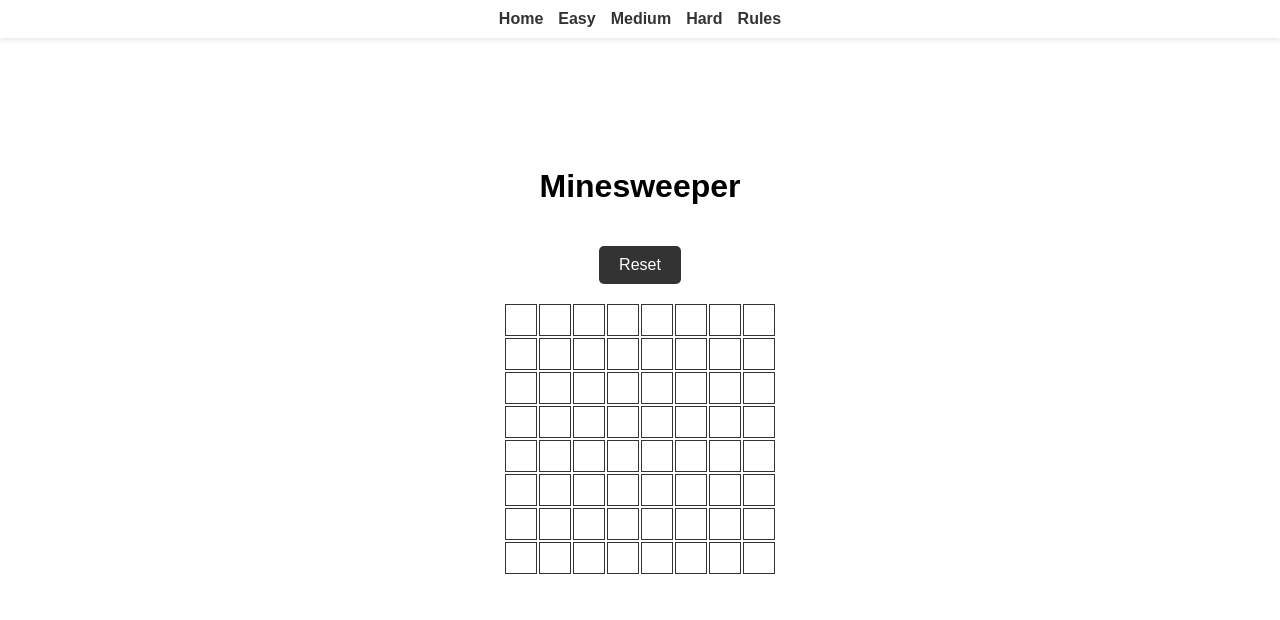
Repository: liwingy/-WingYee-_-Li-project2
Page: /game/easy (app in minesweeper/)
An editor plug-in stored every save of this project. The page is shown before and after the next save, followed by the edit.
The browser window is 1280 px wide. The pictures show the whole page.
The project was rebuilt for these pictures with package versions that can differ from the ones it lists, and the page was loaded fresh each time. Also part of the build but not shown: minesweeper/src/views/Homepage.js, minesweeper/src/views/Rules.js.

Above is the page before, as saved 2024-11-11 14:39:57.

### minesweeper/src/App.js
import './styles.css';
import { BrowserRouter as Router, Routes, Route, Link } from 'react-router-dom';
import Homepage from './views/Homepage';
import Game from './views/Game';
import Rules from './views/Rules';

function App() {
  return (
    <Router>
      <nav>
        <Link to="/">Home</Link>
        <Link to="/game/easy">Easy</Link>
        <Link to="/game/medium">Medium</Link>
        <Link to="/game/hard">Hard</Link>
        <Link to="/rules">Rules</Link>
      </nav>
      <Routes>
        <Route path="/" element={<Homepage />} />
        <Route path="/game/:difficulty" element={<Game />} />
        <Route path="/rules" element={<Rules />} />
      </Routes>
    </Router>
  );
}

export default App;

### minesweeper/src/styles.css
/* General Styles */
body, html {
  display: flex;
  justify-content: center;
  align-items: center;
  height: 100vh;
  margin: 0;
  font-family: Arial, sans-serif;
  text-align: center;
  overflow: hidden; /* Prevents unnecessary scrolling */
}

/* Main Container */
.main-container {
  display: flex;
  flex-direction: column;
  align-items: center;
  width: 100%;
  max-width: 600px;
  margin-top: 60px; /* Add top margin to avoid overlap with navbar */
}

/* Navbar Styling */
nav {
  position: fixed;
  top: 0;
  left: 0;
  right: 0;
  display: flex;
  gap: 15px;
  justify-content: center;
  background-color: white;
  padding: 10px;
  box-shadow: 0 2px 5px rgba(0, 0, 0, 0.1);
  z-index: 1000;
}

nav a {
  text-decoration: none;
  color: #333;
  font-weight: bold;
}

nav a:hover {
  color: #555;
}

/* Board Container */
.board-container {
  width: 100%;
  max-width: 90vw; /* Allows the board to fit within the viewport width */
  max-height: 70vh; /* Limits the height for better viewability */
  overflow: auto; /* Enables scrolling for large grids */
  margin-top: 20px;
  border: 1px solid #ddd; /* Optional border for visibility */
  padding: 5px;
}

/* Board Styling */
.board {
  display: grid;
  gap: 2px;
  justify-content: center;
  margin-top: 20px;
}

/* Cell Styling */
.cell {
  width: 30px;
  height: 30px;
  border: 1px solid #333;
  display: flex;
  align-items: center;
  justify-content: center;
  font-size: 20px;
  cursor: pointer;
}

/* Revealed Cell Styling */
.cell.revealed {
  background-color: #d0d0d0;
}

/* Hover Effect for Cell */
.cell:hover {
  background-color: #e0e0e0;
}

/* Adjust the cell size for larger grids in hard mode */
.board.hard .cell {
  width: 18px;
  height: 18px;
  font-size: 14px;
}

/* Responsive adjustments for larger screens */
@media (min-width: 1024px) {
  .board.hard .cell {
    width: 22px;
    height: 22px;
    font-size: 16px;
  }
}

/* Button Styling */
button {
  margin-top: 20px;
  padding: 10px 20px;
  font-size: 16px;
  cursor: pointer;
  background-color: #333;
  color: #fff;
  border: none;
  border-radius: 5px;
}

button:hover {
  background-color: #555;
}

### minesweeper/src/views/Game.js
import React, { useState, useEffect } from 'react';
import { useParams } from 'react-router-dom';
import Cell from '../components/Cell';

function Game() {
  const { difficulty } = useParams();
  const [grid, setGrid] = useState([]);
  const [isGameOver, setIsGameOver] = useState(false);
  const [hasWon, setHasWon] = useState(false);

  // Sets up the size of the grid and the number of mines based on the selected difficulty level
  const config = {
    easy: { size: 8, mines: 10 },
    medium: { size: 16, mines: 40 },
    hard: { size: 30, mines: 99 },
  }[difficulty] || { size: 8, mines: 10 }; // Default to easy if something goes wrong

  // Reset the game every time the difficulty changes
  useEffect(() => {
    resetGame();
  }, [difficulty]);

  // Sets up a new grid and adds mines
  function initializeGrid() {
    // Create a blank grid with cells set to "not revealed" and no mines
    const emptyGrid = Array.from({ length: config.size }, () =>
      Array.from({ length: config.size }, () => ({
        isRevealed: false,
        isMine: false,
        adjacentMines: 0,
      }))
    );

    // Add mines to the grid
    placeMines(emptyGrid);
    setGrid(emptyGrid);
  }

  // Randomly add mines to cells in the grid
  function placeMines(grid) {
    let minesPlaced = 0;
    while (minesPlaced < config.mines) {
      const row = Math.floor(Math.random() * config.size);
      const col = Math.floor(Math.random() * config.size);

      // Only place a mine if there's not already one there
      if (!grid[row][col].isMine) {
        grid[row][col] = { ...grid[row][col], isMine: true };
        updateAdjacentCounts(grid, row, col); // Update nearby cells to track this new mine
        minesPlaced++;
      }
    }
  }

  // Increments the "adjacentMines" count for cells around a newly placed mine
  function updateAdjacentCounts(grid, row, col) {
    for (let r = Math.max(row - 1, 0); r <= Math.min(row + 1, config.size - 1); r++) {
      for (let c = Math.max(col - 1, 0); c <= Math.min(col + 1, config.size - 1); c++) {
        if (!grid[r][c].isMine) {
          grid[r][c].adjacentMines++;
        }
      }
    }
  }

  // Handles what happens when a player clicks a cell
  function handleClick(row, col) {
    // Do nothing if the game is already over or if the cell is already revealed
    if (isGameOver || grid[row][col].isRevealed) return;

    const newGrid = [...grid];

    // If the cell is a mine, game over!
    if (newGrid[row][col].isMine) {
      setIsGameOver(true);
      alert("Game over! You hit a bomb!");
      revealAllMines(newGrid); // Show all mines
      setGrid(newGrid);
      return;
    }

    // If it's safe, start revealing cells recursively
    revealCell(newGrid, row, col);
    setGrid(newGrid);

    // Check if all non-mine cells are revealed, meaning the player wins
    if (checkWin(newGrid)) {
      setHasWon(true);
      alert("Congratulations! You won!");
    }
  }

  // Recursive function to reveal cells with 0 adjacent mines
  function revealCell(grid, row, col) {
    if (
      row < 0 || col < 0 || row >= config.size || col >= config.size ||
      grid[row][col].isRevealed || grid[row][col].isMine
    ) {
      return; // Stop if out of bounds, already revealed, or a mine
    }

    grid[row][col].isRevealed = true;

    // If the cell has no adjacent mines, keep revealing nearby cells
    if (grid[row][col].adjacentMines === 0) {
      revealCell(grid, row - 1, col);
      revealCell(grid, row + 1, col);
      revealCell(grid, row, col - 1);
      revealCell(grid, row, col + 1);
      revealCell(grid, row - 1, col - 1);
      revealCell(grid, row - 1, col + 1);
      revealCell(grid, row + 1, col - 1);
      revealCell(grid, row + 1, col + 1);
    }
  }

  // Shows all mines when the game is over
  function revealAllMines(grid) {
    grid.forEach(row => {
      row.forEach(cell => {
        if (cell.isMine) {
          cell.isRevealed = true;
        }
      });
    });
  }

  // Checks if the player has revealed all non-mine cells
  function checkWin(grid) {
    return grid.flat().every(cell => cell.isMine || cell.isRevealed);
  }

  // Resets the game by reinitializing the grid and resetting the game state
  function resetGame() {
    setIsGameOver(false);
    setHasWon(false);
    initializeGrid();
  }

  return (
    <div>
      <h1>{isGameOver ? "Game Over" : hasWon ? "You Won!" : "Minesweeper"}</h1>
      <button onClick={resetGame}>Reset</button>
      <div className="board" style={{ gridTemplateColumns: `repeat(${config.size}, 1fr)` }}>
        {grid.map((row, rIndex) =>
          row.map((cell, cIndex) => (
            <Cell
              key={`${rIndex}-${cIndex}`}
              isRevealed={cell.isRevealed}
              isMine={cell.isMine}
              adjacentMines={cell.adjacentMines}
              onClick={() => handleClick(rIndex, cIndex)}
            />
          ))
        )}
      </div>
    </div>
  );
}

export default Game;

### minesweeper/src/components/Cell.js
import React from 'react';

function Cell({ isRevealed, isMine, adjacentMines, onClick }) {
  let content = '';
  if (isRevealed) {
    content = isMine ? '💣' : (adjacentMines > 0 ? adjacentMines : '');
  }

  return (
    <div
      className={`cell ${isRevealed ? 'revealed' : ''}`}
      onClick={onClick}
    >
      {content}
    </div>
  );
}

export default Cell;

Loaded but not shown: minesweeper/public/index.html (common file); minesweeper/src/index.js (common file)

After the next save:
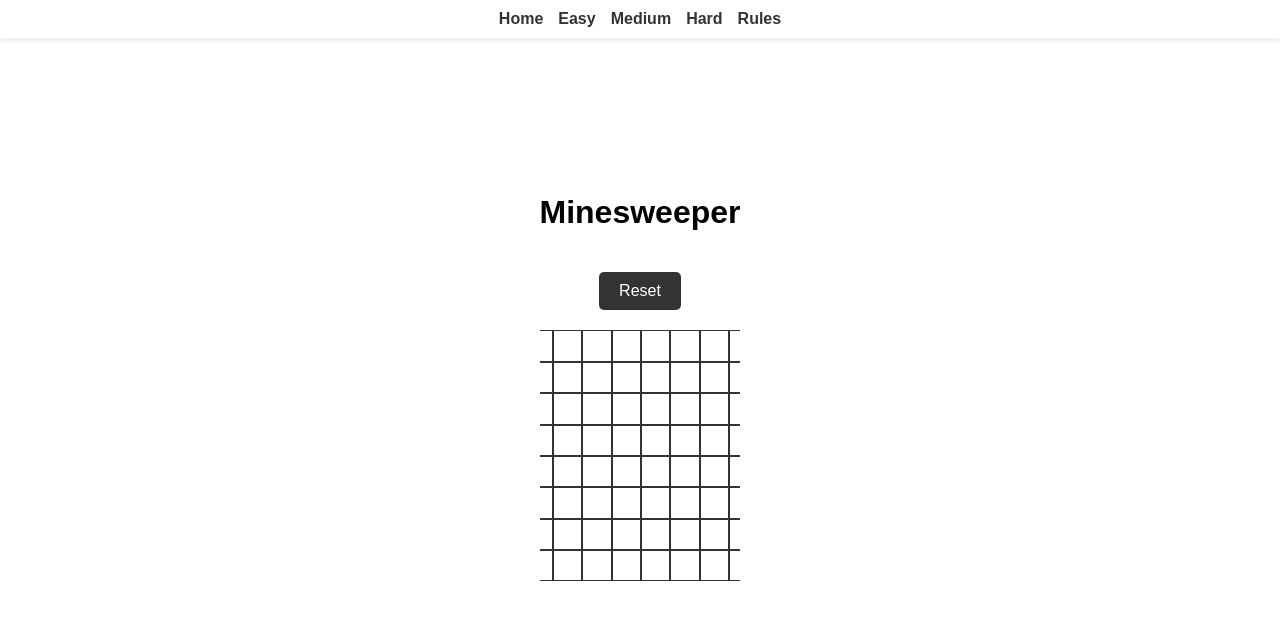
Saved 2 min 18 s later.
--- a/minesweeper/src/styles.css
+++ b/minesweeper/src/styles.css
@@ -16,8 +16,8 @@ body, html {
   flex-direction: column;
   align-items: center;
   width: 100%;
-  max-width: 600px;
-  margin-top: 60px; /* Add top margin to avoid overlap with navbar */
+  max-width: 1000px; /* Increased max-width for larger board support */
+  margin-top: 60px;
 }
 
 /* Navbar Styling */
@@ -48,12 +48,12 @@ nav a:hover {
 /* Board Container */
 .board-container {
   width: 100%;
-  max-width: 90vw; /* Allows the board to fit within the viewport width */
-  max-height: 70vh; /* Limits the height for better viewability */
-  overflow: auto; /* Enables scrolling for large grids */
+  max-width: 90vw; /* Fits within viewport width */
+  max-height: 80vh; /* Fits within viewport height */
+  overflow: auto; /* Allows scrolling if needed */
   margin-top: 20px;
-  border: 1px solid #ddd; /* Optional border for visibility */
   padding: 5px;
+  border: 1px solid #ddd;
 }
 
 /* Board Styling */
@@ -64,15 +64,21 @@ nav a:hover {
   margin-top: 20px;
 }
 
+/* Dynamic Columns based on board size */
+.board.hard {
+  grid-template-columns: repeat(30, minmax(15px, 1fr)); /* 30 columns for hard mode */
+}
+
 /* Cell Styling */
 .cell {
-  width: 30px;
-  height: 30px;
+  width: 100%; /* Scales to fit the grid template */
+  height: 100%; /* Matches the dynamic width */
+  aspect-ratio: 1 / 1; /* Keeps cells square */
   border: 1px solid #333;
   display: flex;
   align-items: center;
   justify-content: center;
-  font-size: 20px;
+  font-size: 16px;
   cursor: pointer;
 }
 
@@ -86,19 +92,16 @@ nav a:hover {
   background-color: #e0e0e0;
 }
 
-/* Adjust the cell size for larger grids in hard mode */
-.board.hard .cell {
-  width: 18px;
-  height: 18px;
-  font-size: 14px;
+/* Responsive adjustments for different screen sizes */
+@media (min-width: 1024px) {
+  .board.hard {
+    grid-template-columns: repeat(30, 20px); /* Adjust cell size based on screen width */
+  }
 }
 
-/* Responsive adjustments for larger screens */
-@media (min-width: 1024px) {
-  .board.hard .cell {
-    width: 22px;
-    height: 22px;
-    font-size: 16px;
+@media (max-width: 768px) {
+  .board.hard {
+    grid-template-columns: repeat(30, 15px); /* Smaller cell size for mobile */
   }
 }
 
